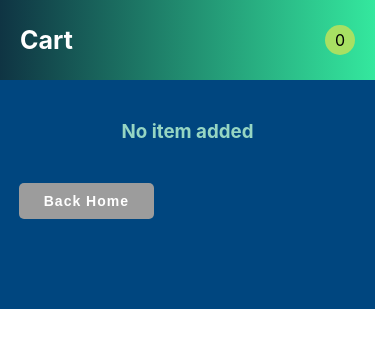
Repository: Yowani24/ecocarbon
Page: /cart
The author's editor kept a copy of each file at every save. The page is drawn from the files as they stood at one save, then again after the next save.
The browser window is 375 px wide. The pictures show the whole page.
The project was rebuilt for these pictures with package versions that can differ from the ones it lists, and the page was loaded fresh each time. The framework's server and built-in components were replaced by stand-ins that run in the browser. Also part of the build but not shown: next.config.js.

Above is the page before, as saved 2021-09-28 04:02:28.

After the next save:
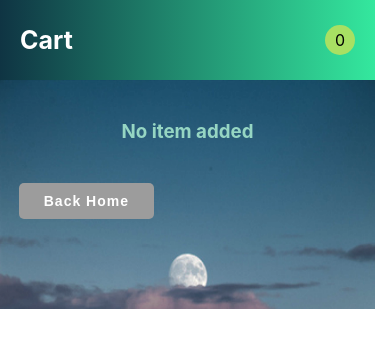
Saved 81 s later.
--- a/pages/cart/Cart.module.css
+++ b/pages/cart/Cart.module.css
@@ -135,7 +135,7 @@
 @media (max-width: 415px){
     .cart_content{
         padding: 40px 0;
-        background: #00467F;
+        background-image: url('/public/bkg.png');
     }
     .boxes{
         margin-top: 0px;
